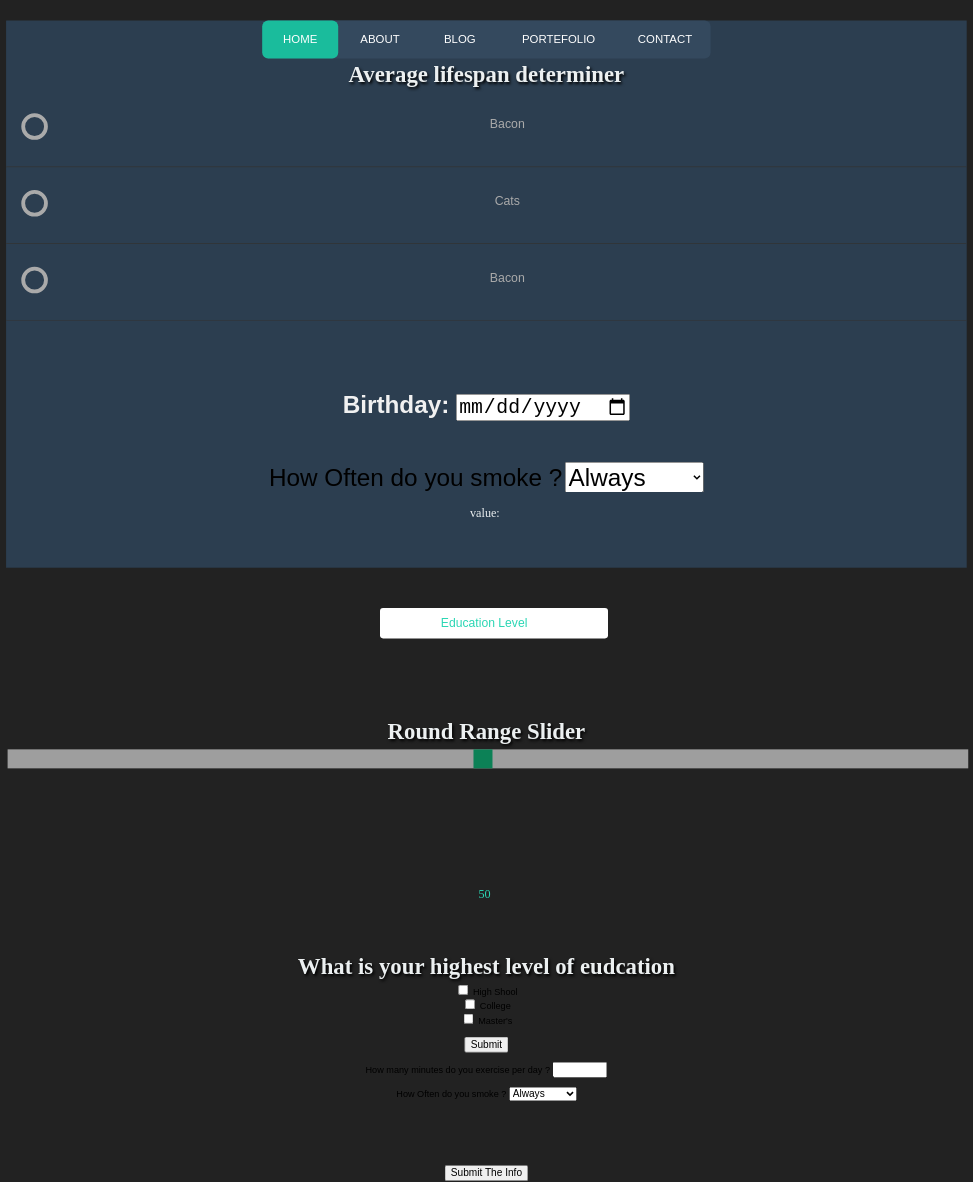
Repository: navid-amini12/capstone-1
Page: wordgame.html
These files come from the project's save history. The page is drawn as it stood at one moment and after the next save; the edit follows.
The browser window is 1280 px wide. The pictures show the whole page, at 76% of full size.

Above is the page before, as saved 2022-06-02 10:24:39.

After the next save:
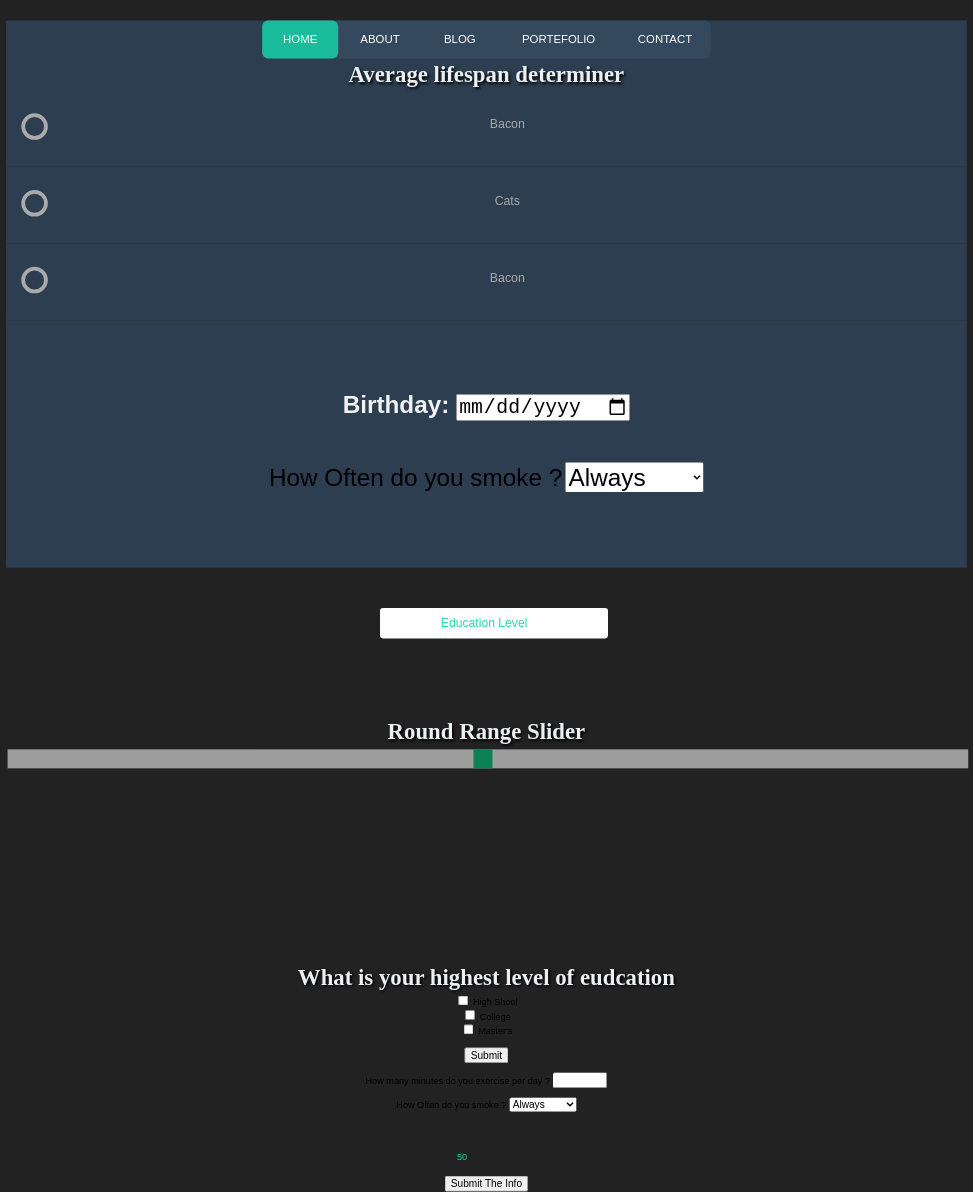
Saved 23 s later.
--- a/wordgame.html
+++ b/wordgame.html
@@ -173,7 +173,7 @@
 
 <div class="slidecontainer">
   <input type="range" min="1" max="100" value="50" class="slider" id="myRange">
-  <p>value: <span id="demo"></span></p>
+   <span id="demo"></span>
 </div>
 
 <br><br><br><br><br><br><br><br><br><br><br><br><br><br><br><br><br>

After the save that followed:
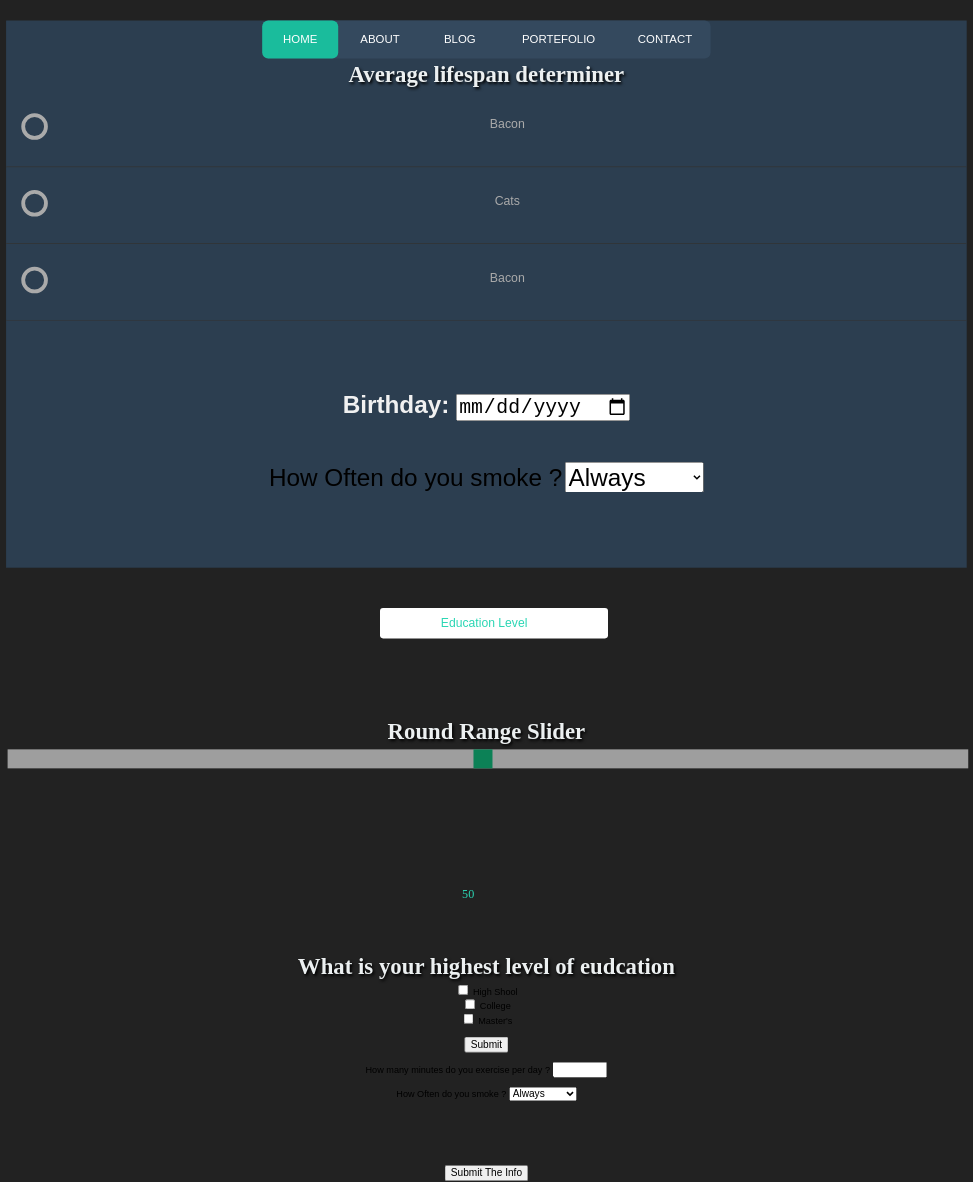
Saved 21 s later.
--- a/wordgame.html
+++ b/wordgame.html
@@ -173,7 +173,7 @@
 
 <div class="slidecontainer">
   <input type="range" min="1" max="100" value="50" class="slider" id="myRange">
-   <span id="demo"></span>
+  <p><span id="demo"></span></p>
 </div>
 
 <br><br><br><br><br><br><br><br><br><br><br><br><br><br><br><br><br>
